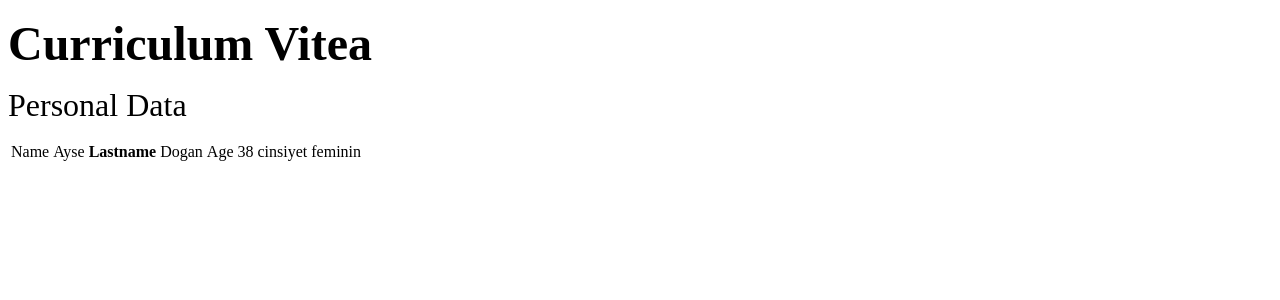
Repository: aysedo/html
Page: Week_2/profile/index.html
These files come from the project's save history. The page is drawn as it stood at one moment and after the next save; the edit follows.
The browser window is 1280 px wide. The pictures show the whole page.

Above is the page before, as saved 2021-08-25 20:54:43.

### Week_2/profile/index.html
<!DOCTYPE html>
<html lang="en">
  <head>
    <meta charset="UTF-8" />
    <meta http-equiv="X-UA-Compatible" content="IE=edge" />
    <meta name="viewport" content="width=device-width, initial-scale=1.0" />
    <title>Document</title>
  </head>
  <body>
    <titel>
      <p align="center" ></p><b><font size="11">Curriculum Vitea </font></b></p></titel>
      <p> <font size="6">Personal Data</font></p>
      <table>
        <tr>
          <td> Name </td>
          <td> Ayse </td>
          <th> Lastname </th>
          <td> Dogan </td>
          <td> Age </td>
          <td> 38 </td>
          <td>cinsiyet</td>
          <td>feminin</td>
          <td></td>
          <td></td>
          <td></td>
          <td></td>
          <td></td>
          <td></td>
          <td></td>
          <td></td>
          <td></td>
          <address> </address>
        </tr>
      </table>

  </body>
</html>

After the next save:
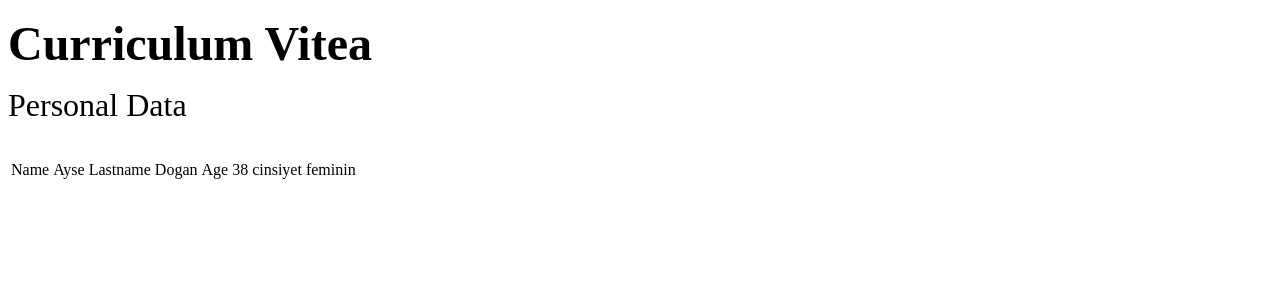
Saved 40 s later.
--- a/Week_2/profile/index.html
+++ b/Week_2/profile/index.html
@@ -13,8 +13,8 @@
       <table>
         <tr>
           <td> Name </td>
-          <td> Ayse </td>
-          <th> Lastname </th>
+          <td> Ayse </td> <br>
+          <td> Lastname </td>
           <td> Dogan </td>
           <td> Age </td>
           <td> 38 </td>
